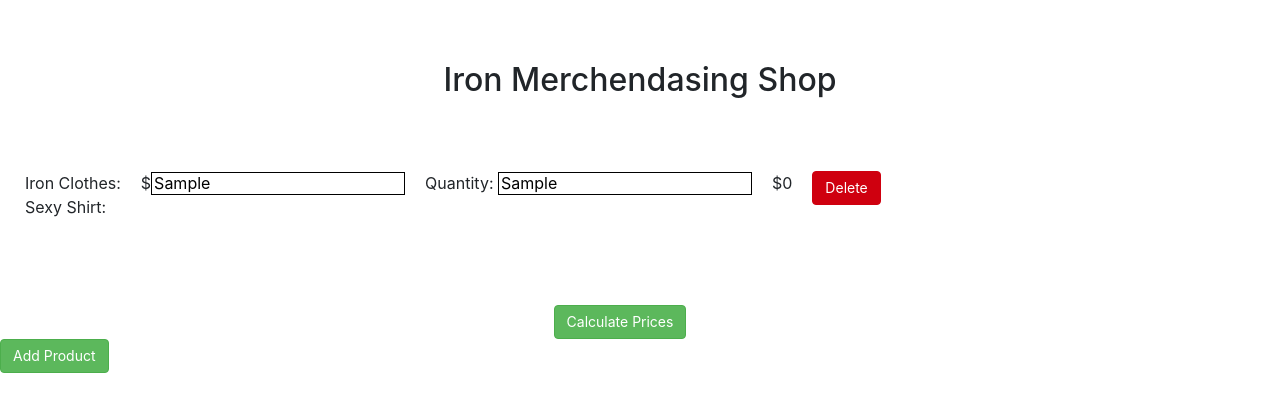
Repository: konstantin0s/lab-cart-DOM
Page: index.html
An editor plug-in stored every save of this project. The page is shown before and after the next save, followed by the edit.
The browser window is 1280 px wide. The pictures show the whole page.
Empty fields were first filled with sample values (such as "Sample", 5 or name@example.com).
After loading, the first visible `#addExtra` was clicked once.
Some web libraries are served in a nearby version.

Above is the page before, as saved 2019-02-01 23:35:15.
Console error: TypeError: Cannot set properties of null (setting 'onclick')

After the next save:
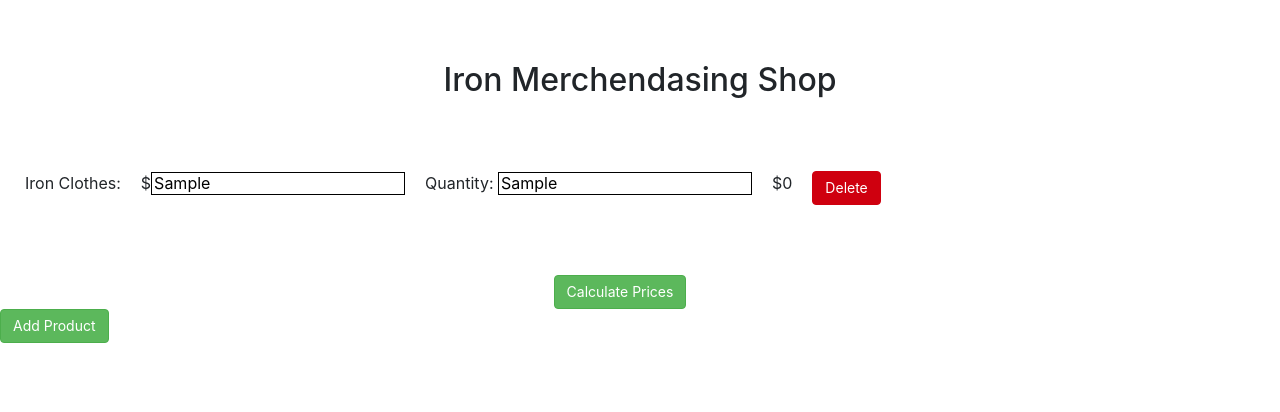
Saved 86 s later.
--- a/js/index.js
+++ b/js/index.js
@@ -57,14 +57,14 @@ function createItemNode(dataType, itemData){
 }
 
 function createNewItemRow(itemName, itemUnitPrice){
-
+  var para = document.createElement("P");                       // Create a <p> element
+  itemName = document.createTextNode("Sexy Shirt: ");      // Create a text node
+  para.appendChild(itemName);                                          // Append the text to <p>
+  document.getElementsByClassName("proName")[0].appendChild(para);
 }
 
 function createNewItem(){
-  var para = document.createElement("P");                       // Create a <p> element
-  var t = document.createTextNode("Sexy Shirt: ");      // Create a text node
-  para.appendChild(t);                                          // Append the text to <p>
-  document.getElementsByClassName("proName")[0].appendChild(para);
+
 }
 
 window.onload = function(){
